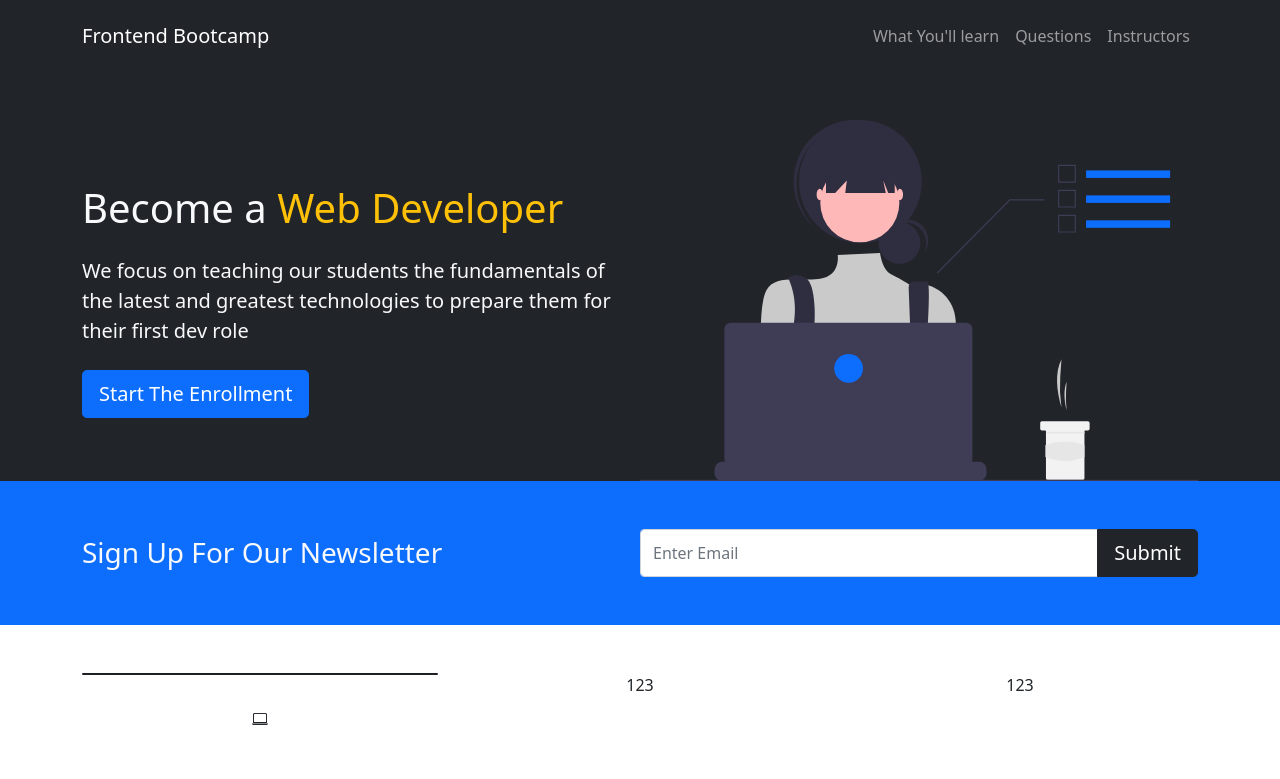
Repository: Marhamat92/Bootstrap5-Responsive-Website-
Page: index.html
The author's editor kept a copy of each file at every save. The page is drawn from the files as they stood at one save, then again after the next save.
The browser window is 1280 px wide. The pictures show the whole page.
Some web libraries are served in a nearby version.

Above is the page before, as saved 2021-09-18 17:11:48.

### index.html
<!DOCTYPE html>
<html lang="en">

<head>
    <meta charset="UTF-8">
    <meta http-equiv="X-UA-Compatible" content="IE=edge">
    <meta name="viewport" content="width=device-width, initial-scale=1.0">
    <link href="https://cdn.jsdelivr.net/npm/bootstrap@5.0.2/dist/css/bootstrap.min.css" rel="stylesheet"
        integrity="sha384-EVSTQN3/azprG1Anm3QDgpJLIm9Nao0Yz1ztcQTwFspd3yD65VohhpuuCOmLASjC" crossorigin="anonymous">
        <link rel="stylesheet" href="https://cdn.jsdelivr.net/npm/bootstrap-icons@1.3.0/font/bootstrap-icons.css">
    <link rel="stylesheet" href="style.css">
    <title>Frontend Bootcamp</title>

</head>

<body>
    <!--Navbar-->
    <nav class="navbar navbar-expand-lg bg-dark navbar-dark py-3">
        <div class="container">
            <a href="#" class="navbar-brand">Frontend Bootcamp</a>
            <button class="navbar-toggler" type="button" data-bs-toggle="collapse" data-bs-target="#navmenu">
                <span class="navbar-toggler-icon"></span>
            </button>
            <div class="collapse navbar-collapse" id="navmenu">
                <ul class="navbar-nav ms-auto">
                    <li class="nav-item">
                        <a href="#learn" class="nav-link">What You'll learn</a>
                    </li>
                    <li class="nav-item">
                        <a href="#questions" class="nav-link">Questions</a>
                    </li>
                    <li class="nav-item">
                        <a href="#instructors" class="nav-link">Instructors</a>
                    </li>
                </ul>
            </div>
        </div>
    </nav>

<!--Showcase-->

<section class="bg-dark text-light p-5 p-lg-0 pt-lg-5 text-center text-sm-start">
    <div class="container">
      <div class="d-sm-flex align-items-center justify-content-between">
          <div>
              <h1>Become a <span class="text-warning">Web Developer</span> </h1>
              <p class="lead my-4">We focus on teaching our students the fundamentals of the latest and
                  greatest technologies to prepare them for their first dev role
              </p>
              <button class="btn btn-primary btn-lg">Start The Enrollment</button>
          </div>
          <img class="img-fluid w-50 d-none d-sm-block" src="img/showcase.svg" alt="showcase">
      </div>
    </div>
</section>


<!--Newsletter-->
<section class=" bg-primary text-light p-5">
    <div class="container">
      <div class="d-md-flex justify-content-between align-items-center">
        <h3 class="mb-3 mb-md-0">Sign Up For Our Newsletter</h3>
        <div class="input-group news-input">
            <input type="text" class="form-control" placeholder="Enter Email" >
            <button class="btn btn-dark btn-lg" type="button" >Submit</button>
          </div>

      </div>
    </div>
</section>

<!--Boxes-->
 <section class="p-5">
  <div class="container">
   <div class="row text-center">
       <div class="col-md">
           <div class="card bg-dark text-light"></div>
           <div class="card-body text-center"></div>
           <i class="bi bi-laptop"></i>
       </div>
       <div class="col-md">123</div>
       <div class="col-md">123</div>
   </div>
  </div>
 </section>






















    <script src="https://cdn.jsdelivr.net/npm/bootstrap@5.0.2/dist/js/bootstrap.bundle.min.js"
        integrity="sha384-MrcW6ZMFYlzcLA8Nl+NtUVF0sA7MsXsP1UyJoMp4YLEuNSfAP+JcXn/tWtIaxVXM" crossorigin="anonymous">
    </script>
</body>

</html>

### style.css
@media (min-width:768px) {
    .news-input{
        width:50%;
    }
}

After the next save:
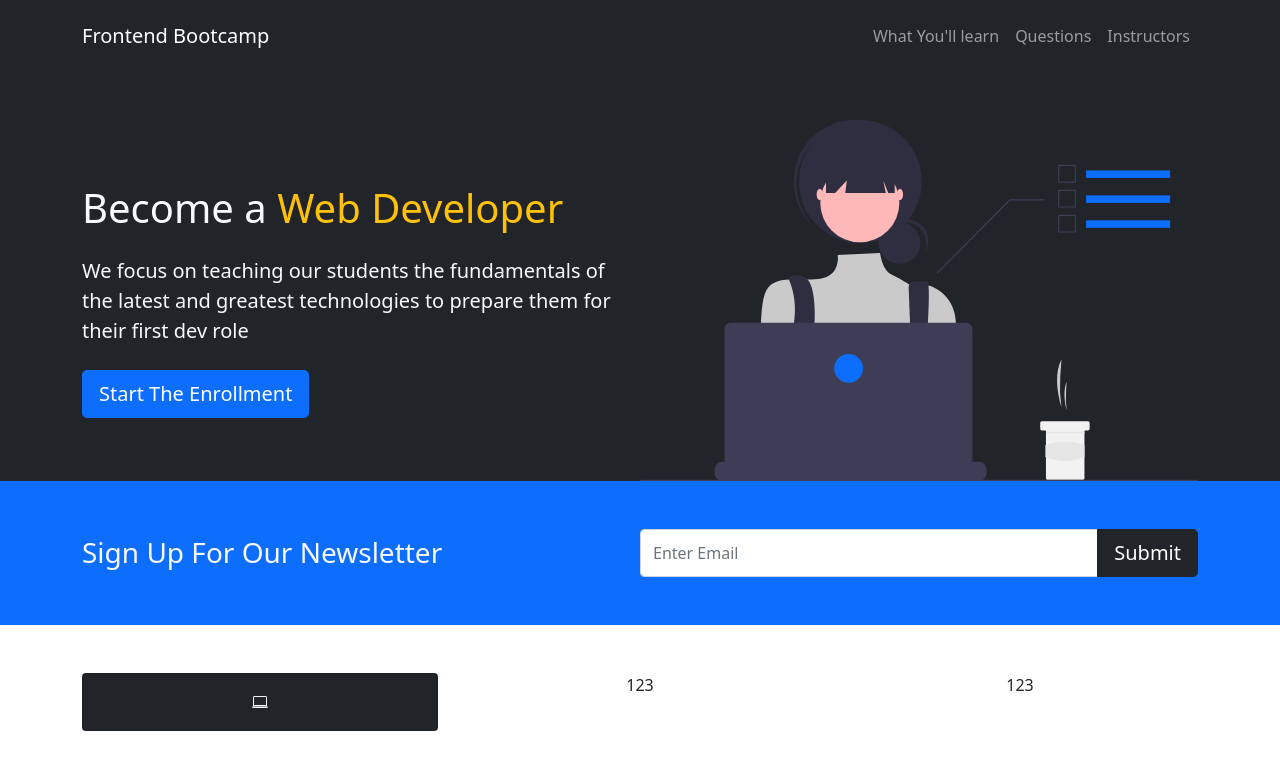
Saved 51 s later.
--- a/index.html
+++ b/index.html
@@ -74,9 +74,13 @@
   <div class="container">
    <div class="row text-center">
        <div class="col-md">
-           <div class="card bg-dark text-light"></div>
-           <div class="card-body text-center"></div>
-           <i class="bi bi-laptop"></i>
+           <div class="card bg-dark text-light">
+            <div class="card-body text-center">
+                <i class="bi bi-laptop"></i>
+            </div>
+           </div>
+
+
        </div>
        <div class="col-md">123</div>
        <div class="col-md">123</div>
